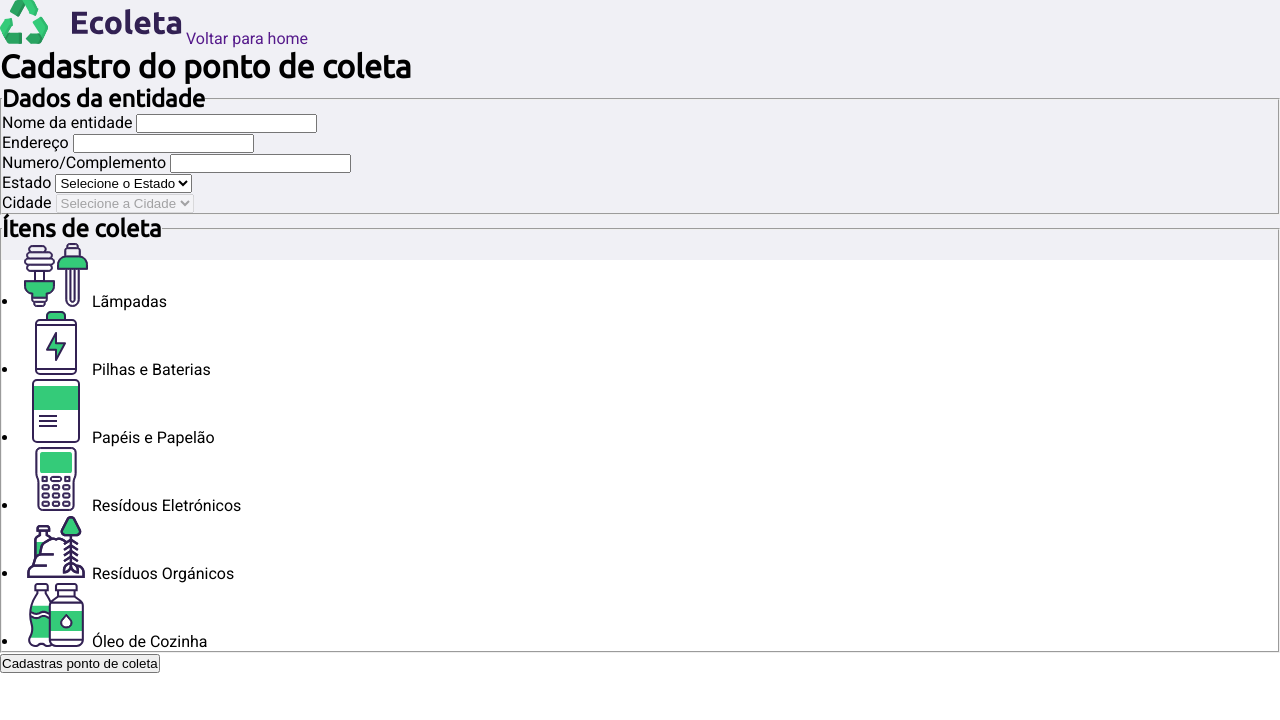
Repository: ivobass/NextLevelWeek
Page: search-results.html
An editor plug-in stored every save of this project. The page is shown before and after the next save, followed by the edit.
The browser window is 1280 px wide. The pictures show the whole page.
The page's requests for data from a server got no answer.

Above is the page before, as saved 2020-06-04 00:35:41.
Console error: ReferenceError: itemId is not defined

After the next save:
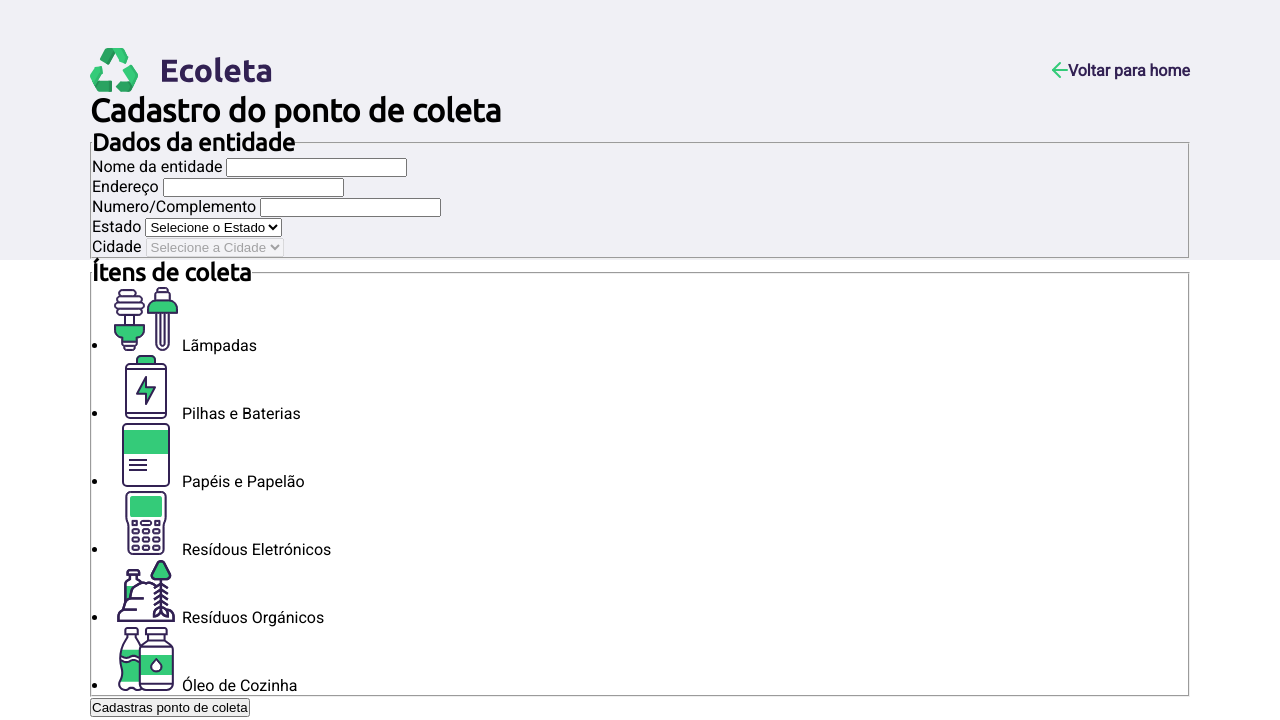
Saved 22 s later.
--- a/search-results.html
+++ b/search-results.html
@@ -16,7 +16,7 @@
 
 <body>
 
-    <div id="page-create-point">
+    <div id="page-search-results">
 
         <header>
             <img src="/assets/logo.svg " alt="logomarca">
